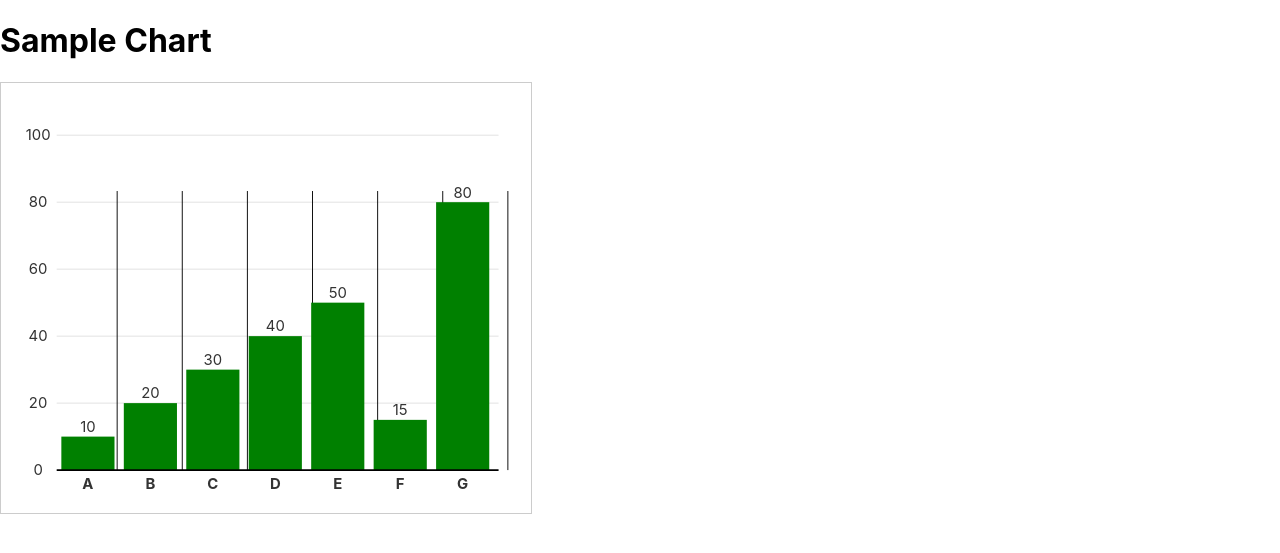
Repository: CaptainJang316/GChart
Page: /
The author's editor kept a copy of each file at every save. The page is drawn from the files as they stood at one save, then again after a run of saves.
The browser window is 1280 px wide. The pictures show the whole page.
The project was rebuilt for these pictures with package versions that can differ from the ones it lists, and the page was loaded fresh each time. Also part of the build but not shown: src/App.css.

Above is the page before, as saved 2024-11-09 17:57:04.

### src/App.tsx
/* eslint-disable */
import React from 'react';
import './App.css';
import BarChart from './components/Chart/BarChart';
import { Option } from './types/Option';

function App() {
  const sampleOption: Option = {
    type: 'bar',
    data: [
      { label: 'A', value: 10 },
      { label: 'B', value: 20 },
      { label: 'C', value: 30 },
      { label: 'D', value: 40 },
      { label: 'E', value: 50 },
      { label: 'F', value: 15 },
      { label: 'G', value: 80 },
    ],
    layout: {
      width: 500,
      height: 400,
      axisCnt: 5
    },
    style: {
      color: "green"
    },
    tooltip: true,
    label:  {
      show: true,
      position: 'mid'
    }
  };

  return (
    <div>
      <h1>Sample Chart</h1>
      {/* 차트의 border 없애고, X,Y 축에 대한 컴포넌트들로 더 큰 바운더리 구현해야 함. */}
      {/* => ㄴㄴ. 그냥 단일 SVG로 구현하는 게 훨씬 좋음. */}

      <div className="chart-wrapper">
        <BarChart {...sampleOption}/>
      </div>
    </div>
  );
}

export default App;

### src/components/Chart/BarChart.tsx
/* eslint-disable */
import React from 'react';
import { useAxis } from '../Axis/useAxis';
import { useGrid } from '../Grid/useGrid';
import { Option } from '../../types/Option';

// interface ChartProps {
//     data: { label: string, value: number }[];
//     width?: number;
//     height?: number;
//     color?: string;
//     axisCnt?: number;
// };

const BarChart: React.FC<Option> = ({
    data,
    title,
    layout: {
        width = 400,
        height = 300,
        axisCnt = 8,
    },
    style: {
        color = '#4A90E2',
    },
    tooltip = true
}) => {
    const values = data.map(item => item.value);
    const {xAxis, yAxis, scales} = useAxis({data: values, width: width, height: height, axisCnt: axisCnt});
    const {gridLines} = useGrid({data: values, scales, width, height, horizontalLineCnt: axisCnt});

    const maxValue = Math.max(...data.map(d => d.value));
    const barWidth = (width - 30) / data.length;
    // const yTicks = 10;
    // const tickValues = Array.from({ length: yTicks }, (_, i) => (maxValue / yTicks) * i);

    return (
        // svg 요소 안에, 차트를 그린다.
        <div style={{ display: 'inline-block', width: `${width}px`, height: `${height}px`}}>
            <svg width='100%' height='100%' viewBox={`0 0 ${width} ${height + 30}`} style={{ border: '1px solid #ccc', padding: '15px'}}>
                {
                    title?
                    <g className='title-layer'>
                        <h3>{title.text}</h3>
                        {title.subTitle? <h5>{title.subTitle}</h5> : ''}
                    </g> : ''
                }
                <g className='grid-layer'>
                    {gridLines.horizontal.map((el: { id: React.Key | null | undefined; x1: number ; y1: number ; x2: number ; y2: number; }, index: number) => (
                        <line
                            key={el.id}
                            x1={el.x1}
                            y1={el.y1}
                            x2={el.x2}
                            y2={el.y2}
                            stroke="#e0e0e0"
                            // strokeDasharray="4 4"
                            strokeWidth={1}
                        />
                    ))}
                    {gridLines.vertical.map((el: { id: React.Key | null | undefined; x1: number ; y1: number ; x2: number ; y2: number; }, index: number) => (
                        <line
                            key={el.id}
                            x1={el.x1 + 50}
                            y1={height}
                            x2={el.x2 + 50}
                            y2={100}
                            stroke="black"
                            // strokeDasharray="4 4"
                            strokeWidth={1}
                        />
                    ))}
                </g>

                <g className='axis-layer'>
                    {yAxis.ticks.map((tick) => (
                        <text
                            x={5}
                            y={tick.position}
                            textAnchor="middle"
                            // fontSize="10"
                            fill="#333"
                        >
                        {tick.value}
                        </text>
                    ))}
                </g>

                <g className='chart-layer'>
                    {data.map((d, i) => {
                        const barHeight = height - scales.yScale(d.value);
                        return (
                            // g는 svg 요소 내에 사용되는 것.
                            // svg에서 그룹을 만드는 역할을 한다.
                            // trangform은 그룹의 위치를 변환하는 데 사용됨.
                            // translate(${i * barWidth}, ${height - barHeight}) <- x축, y축 이동 정도 지정

                            <g key={i} transform={`translate(${i * barWidth}, ${height - barHeight})`}>
                                <rect
                                    width={barWidth - 10}
                                    height={barHeight}
                                    fill={color}
                                    x={30}
                                    y={0}
                                />
                                <text
                                    x={barWidth / 2 + 25}
                                    y={-5}
                                    textAnchor="middle"
                                    // fontSize="10"
                                    fill="#333"
                                >
                                    {d.value}
                                </text>
                            </g>
                        );
                    })}
                </g>

                <g className='bottom-layer'>
                    <line
                        x1={25}
                        y1={height}
                        x2={width}
                        y2={height}
                        stroke="black"
                        // strokeDasharray="4 4"
                        strokeWidth={2}
                    />
                </g>
                <g className='label-layer'>
                    {data.map((d, i) => {
                        let currX = barWidth * i;
                        return (
                            <text
                            x={currX + barWidth / 2 + 25}
                            y={height + 20}
                            textAnchor="middle"
                            // fontSize="12"
                            fontWeight="bold"
                            fill="#333"
                        >
                            {d.label}
                        </text>
                        );
                    })}
                </g>
            </svg>
        </div>
    );
};

export default BarChart;

### src/components/Axis/useAxis.ts
/* eslint-disable */
import { useMemo } from 'react';
import { scaleLinear } from 'd3-scale';

interface AxisProps {
    data: number[];
    width: number;
    height: number;
    axisCnt?: number;
    horizontalPadding?: number; // 좌우 패딩
    topPadding?: number; // 위쪽 패딩
}

export const useAxis = ({
    data,
    width,
    height,
    axisCnt = 6,
    horizontalPadding = 40,
    topPadding = 40
}: AxisProps) => {
    const scales = useMemo(() => {
        // X축 스케일 설정
        const xScale = scaleLinear()
            .domain([0, data.length - 1])
            .range([horizontalPadding, width - horizontalPadding]);

        // Y축 스케일 설정
        const maxValue = Math.max(...data);
        const yMaxValue = getAppropriateMaxValue(maxValue);

        const yScale = scaleLinear()
            .domain([0, yMaxValue])
            // 위쪽 패딩만 적용하고 아래쪽은 height 값 그대로 사용
            .range([height, topPadding]); // -1을 해서 baseline에 정확히 맞춤

        return { xScale, yScale };
    }, [data, width, height, horizontalPadding, topPadding]);

    const xAxis = useMemo(() => {
        return {
            ticks: data.map((_, index) => ({
                value: index,
                position: scales.xScale(index)
            }))
        };
    }, [scales.xScale, data]);

    const yAxis = useMemo(() => {
        const ticks = scales.yScale.ticks(axisCnt);
        return {
            ticks: ticks.map(tick => ({
                value: tick,
                position: scales.yScale(tick) + 5
            }))
        };
    }, [scales.yScale, axisCnt]);

    return { xAxis, yAxis, scales };
};

// 적절한 최대값을 계산하는 헬퍼 함수
function getAppropriateMaxValue(maxValue: number): number {
    const magnitude = Math.pow(10, Math.floor(Math.log10(maxValue)));
    const normalized = maxValue / magnitude;

    if (normalized <= 1) return magnitude;
    if (normalized <= 2) return 2 * magnitude;
    if (normalized <= 5) return 5 * magnitude;
    return 10 * magnitude;
}

### src/components/Grid/useGrid.ts
/* eslint-disable */
import { useMemo } from 'react';

interface GridProps {
    data: number[],
    scales: {
        xScale: any;
        yScale: any;
    },
    width: number,
    height: number
    horizontalLineCnt: number;
}

export const useGrid = ({data, scales, width, height, horizontalLineCnt}: GridProps) => {
    const gridLines = useMemo(() => {
        const vertical = scales.xScale.ticks(data.length - 1).map((tick: number) => ({
            id: `x-${tick}`,
            x1: scales.xScale(tick),
            y1: 0,
            x2: scales.xScale(tick),
            y2: height,
        }));

        const horizontal = scales.yScale.ticks(horizontalLineCnt).map((tick: number) => ({
            id: `y-${tick}`,
            x1: 25,
            y1: scales.yScale(tick),
            x2: width,
            y2: scales.yScale(tick)
        }));

        return {vertical, horizontal};
    }, [scales, width, height]);

    return { gridLines };
}

Loaded but not shown: public/index.html (common file); src/index.tsx (common file); src/index.css (common file); src/reportWebVitals.ts (common file)

After the next 2 saves:
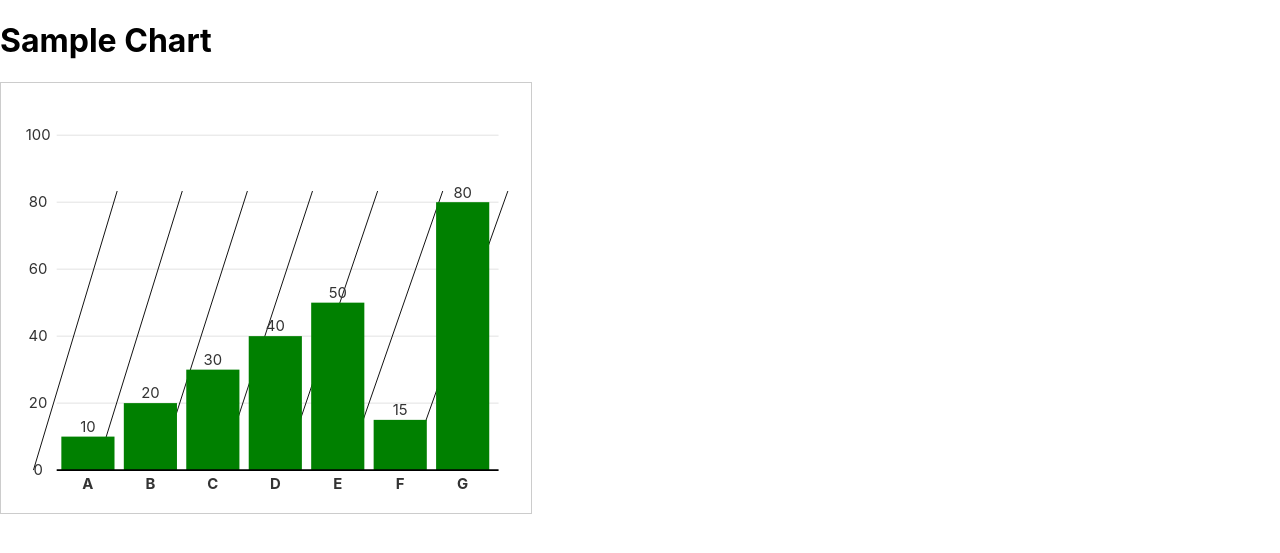
The 2 saves are shown as one change because they came seconds apart.
The last was saved 16 s later.
--- a/src/components/Chart/BarChart.tsx
+++ b/src/components/Chart/BarChart.tsx
@@ -61,7 +61,7 @@ const BarChart: React.FC<Option> = ({
                     {gridLines.vertical.map((el: { id: React.Key | null | undefined; x1: number ; y1: number ; x2: number ; y2: number; }, index: number) => (
                         <line
                             key={el.id}
-                            x1={el.x1 + 50}
+                            x1={barWidth * index}
                             y1={height}
                             x2={el.x2 + 50}
                             y2={100}
